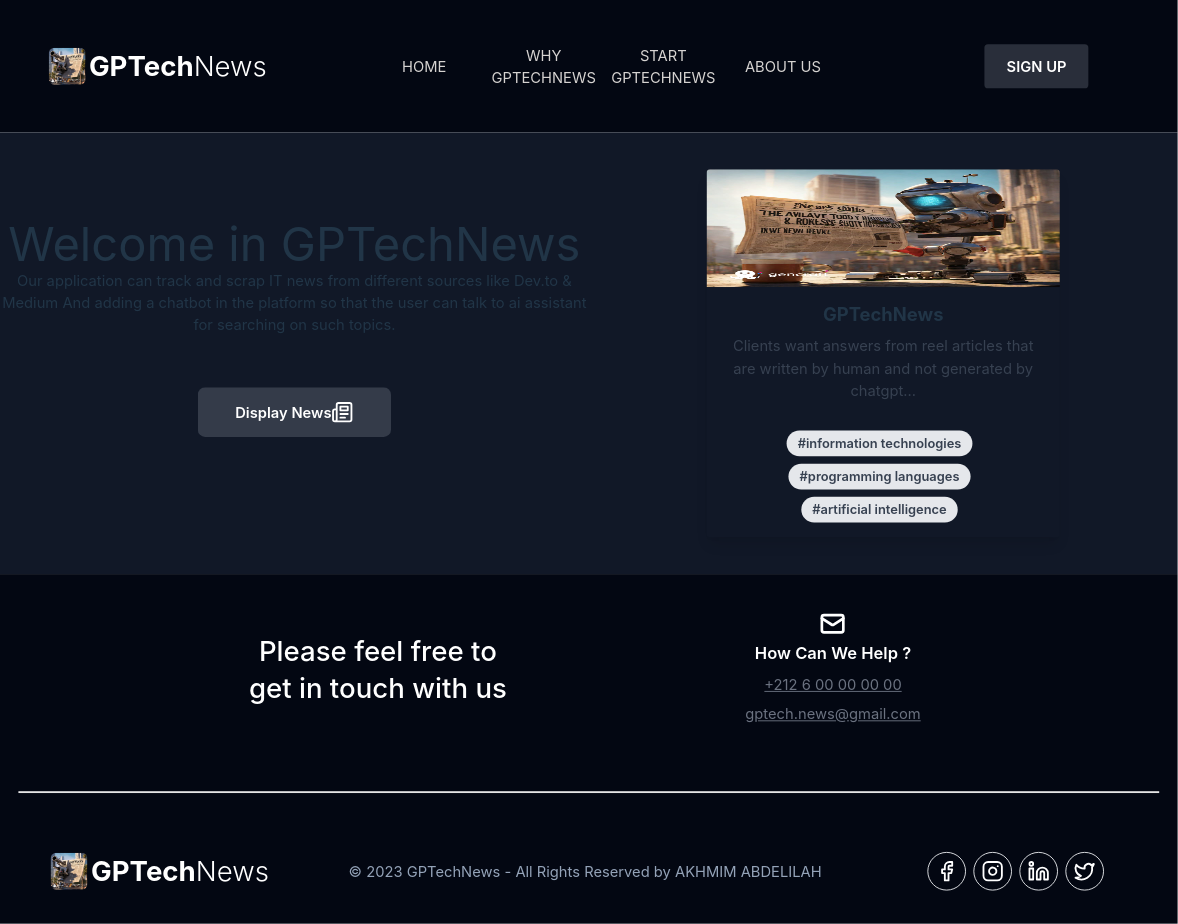
Repository: Lablab-me-Hackathon/gptech-news-frontend
Page: /
The author's editor kept a copy of each file at every save. The page is drawn from the files as they stood at one save, then again after the next save.
The browser window is 1280 px wide. The pictures show the whole page, at 92% of full size.
The project was rebuilt for these pictures with package versions that can differ from the ones it lists, and the page was loaded fresh each time. Also part of the build but not shown: vite.config.js.

Above is the page before, as saved 2023-08-05 17:43:05.

After the next save:
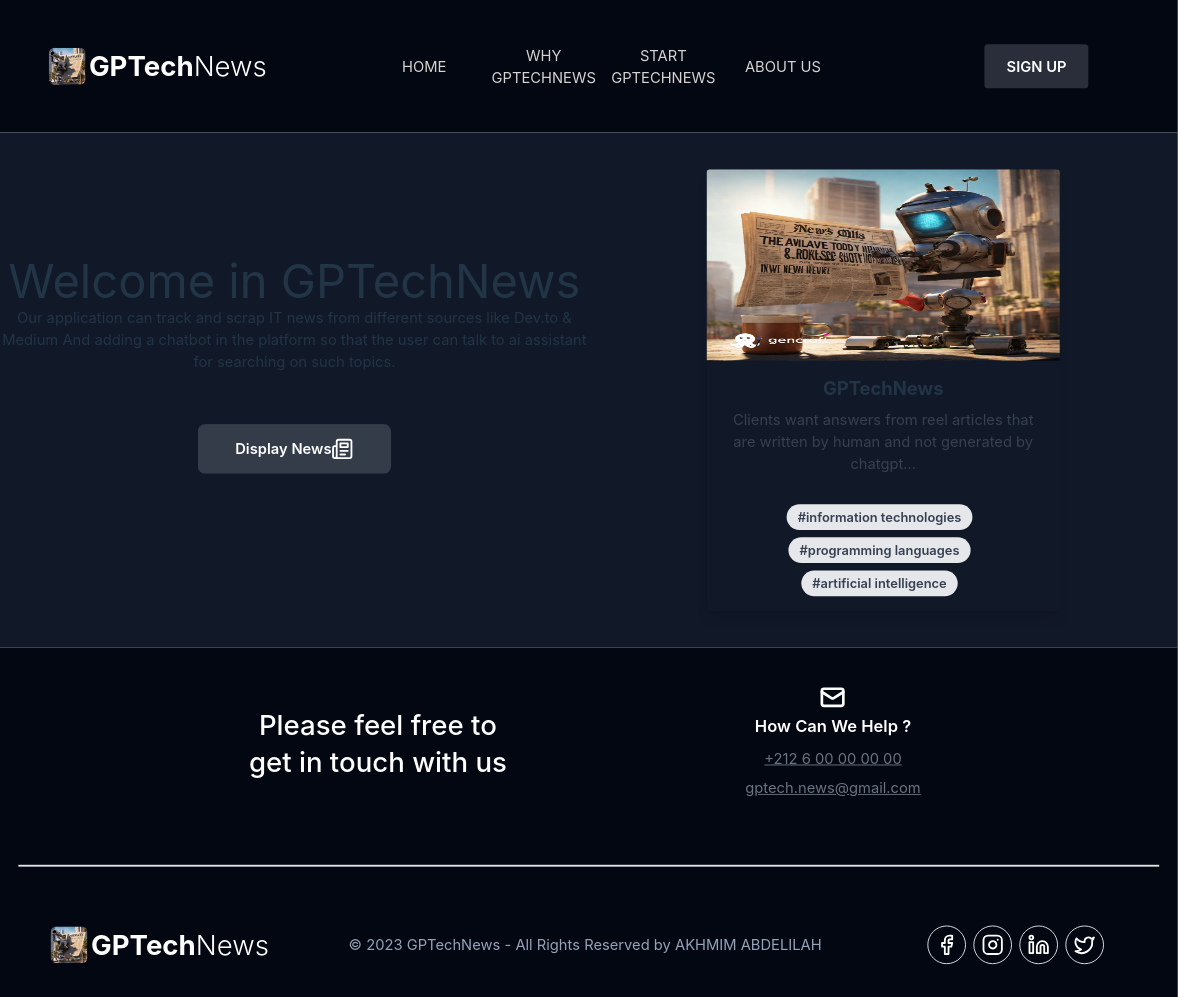
Saved 5 s later.
--- a/src/services/main/Cards.jsx
+++ b/src/services/main/Cards.jsx
@@ -3,7 +3,7 @@
     <div>
       <div className="w-96 rounded overflow-hidden shadow-lg">
         <img
-          className="w-full h-32"
+          className="w-full h-52"
           src="ainews.jpg"
           alt="ai news article"
         />
